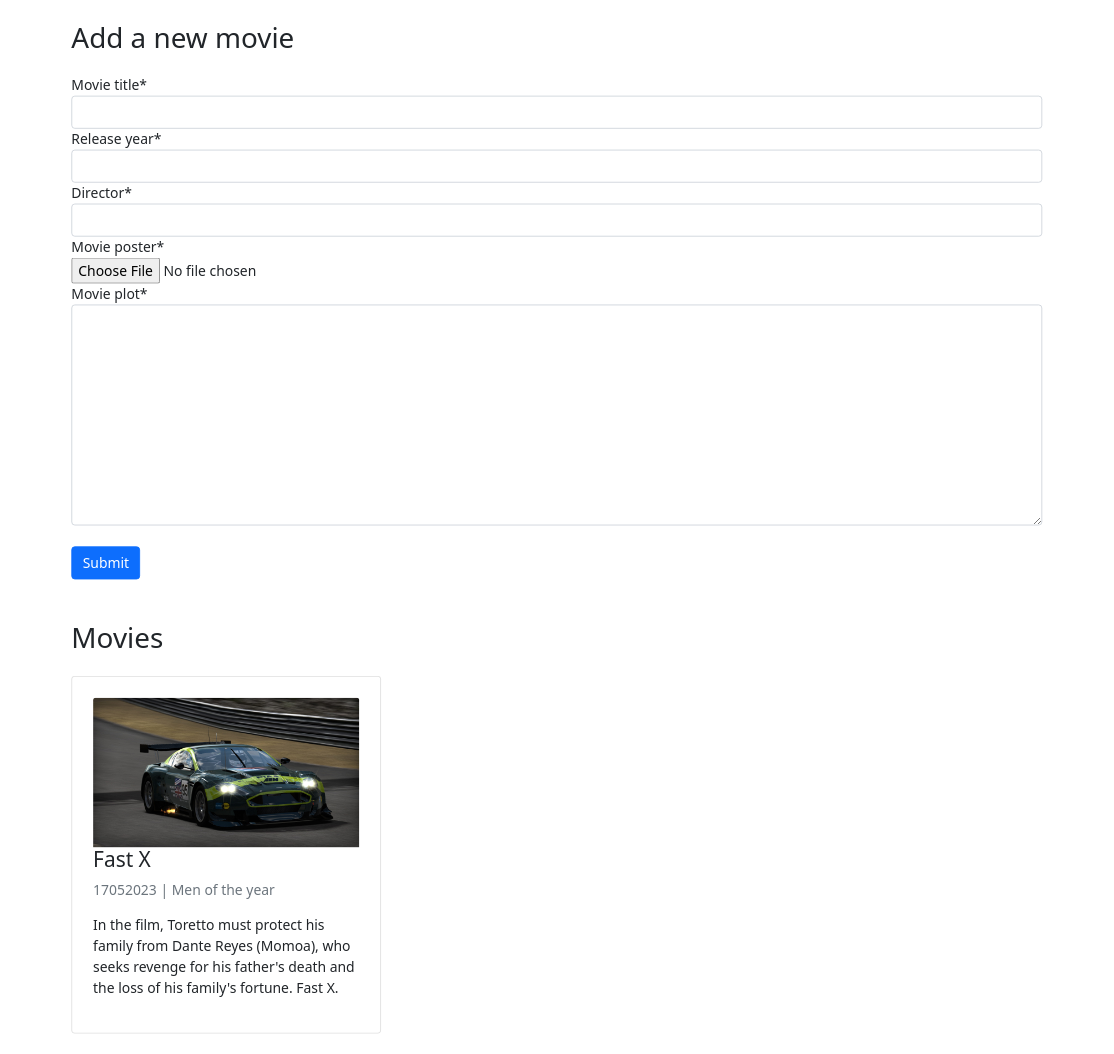
Repository: bekhzodbek231/movie-database
Page: http://localhost/home/
These files come from the project's save history. The page is drawn as it stood at one moment and after the next save; the edit follows.
The browser window is 1280 px wide. The pictures show the whole page, at 87% of full size.
The page is served by the project's application, run on Django 4.2 (manage.py). The page reads the database file committed with the project.

Above is the page before, as saved 2023-07-14 02:10:28.

After the next save:
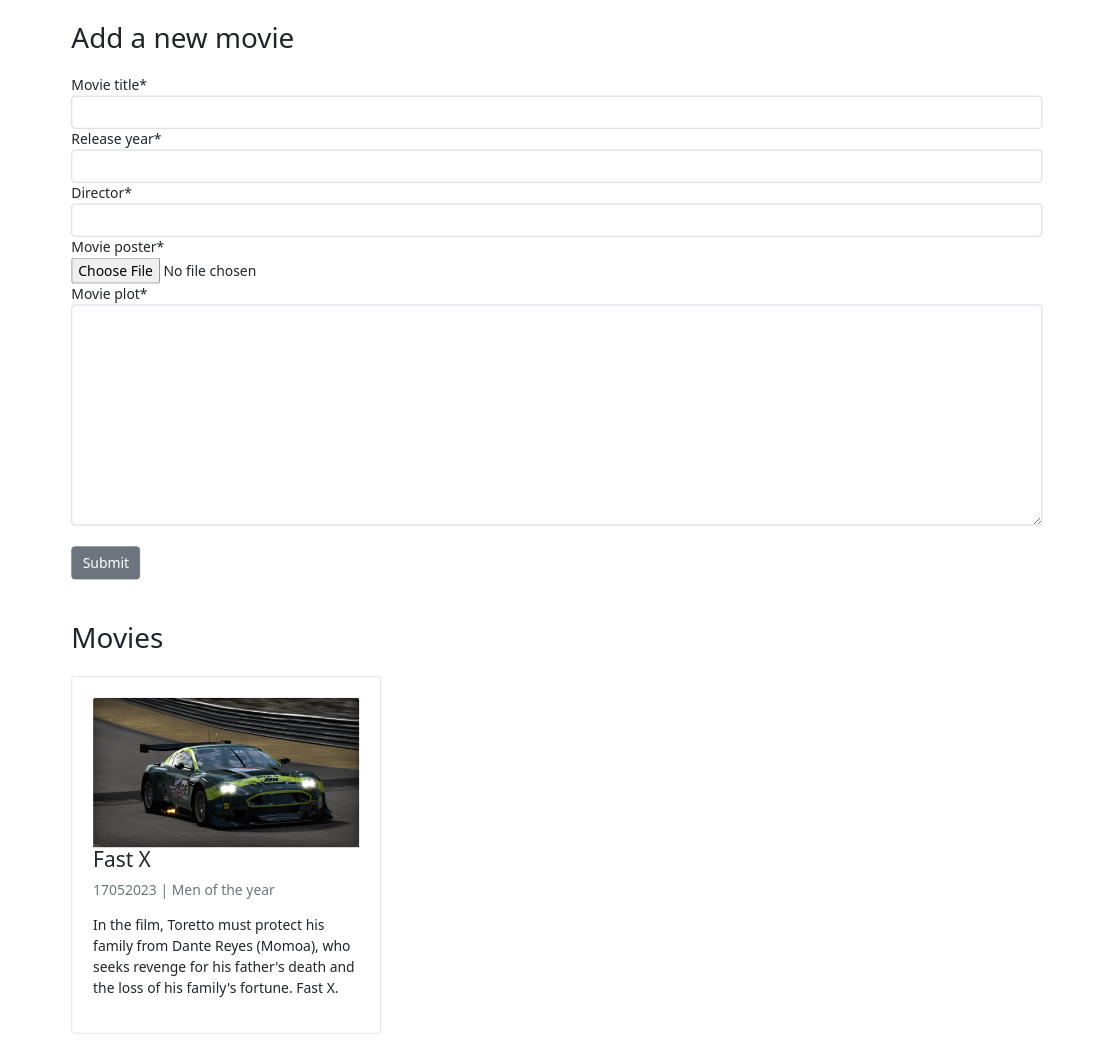
Saved 37 min 43 s later.
--- a/movie/templates/movie/home.html
+++ b/movie/templates/movie/home.html
@@ -24,7 +24,7 @@
         <form method="post" enctype="multipart/form-data">
             {% csrf_token %}
             {{movie_form|crispy}}
-            <button class="btn btn-primary my-4" type="submit">Submit</button>
+            <button class="btn btn-secondary my-4" type="submit">Submit</button>
         </form>
         <!--Django Model-->
         <h2 class="my-4">Movies</h2>
